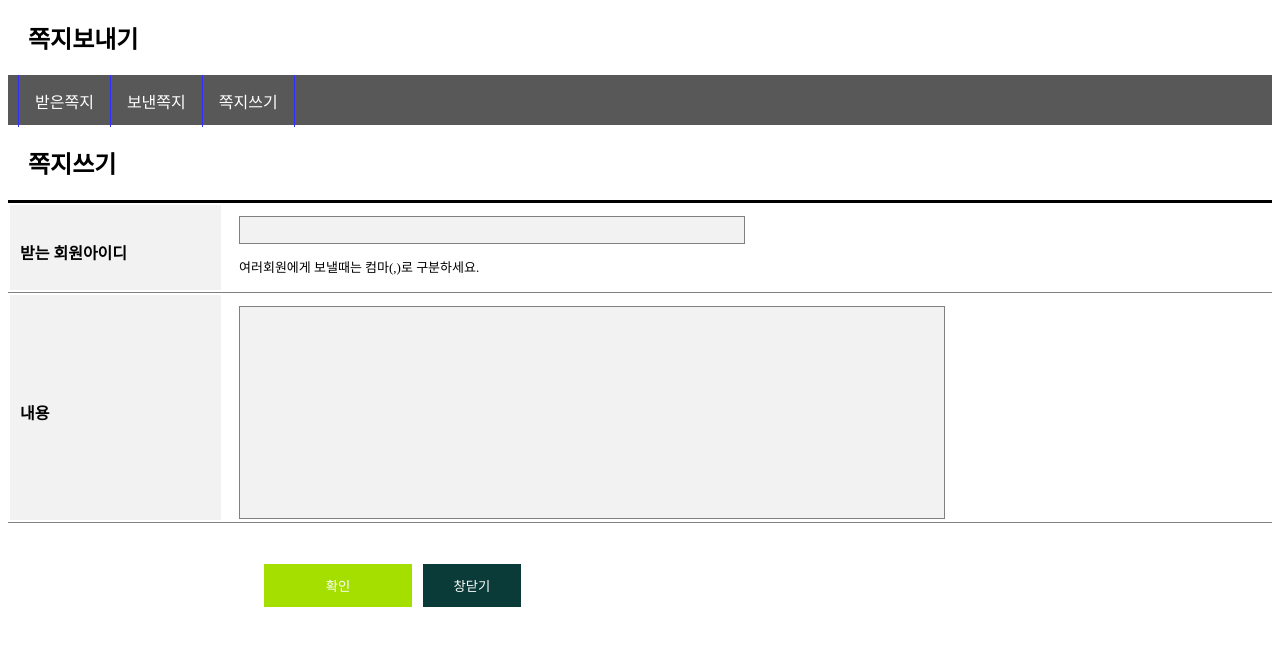
Repository: ks12b0000/JSP-School-Class
Page: chap10_JSP/src/main/webapp/Test/sendMessage.html
These files come from the project's save history. The page is drawn as it stood at one moment and after the next save; the edit follows.
The browser window is 1280 px wide. The pictures show the whole page.

Above is the page before, as saved 2022-06-04 11:54:29.

After the next save:
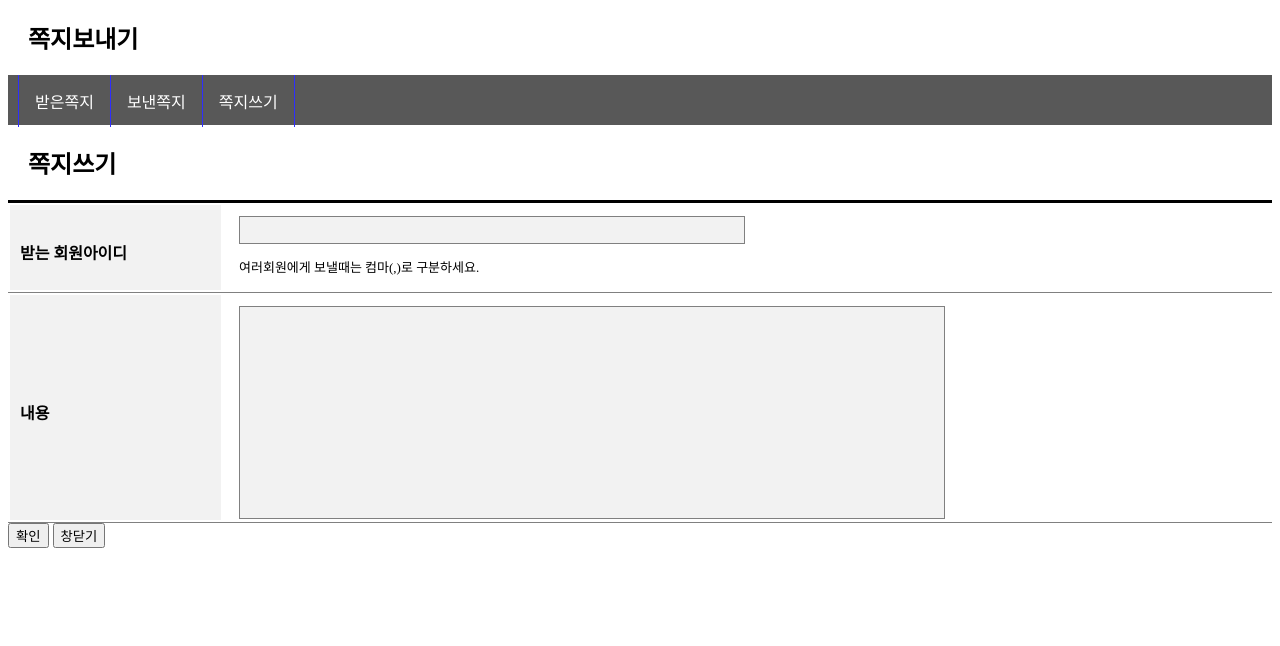
Saved 6 s later.
--- a/chap10_JSP/src/main/webapp/Test/sendMessage.html
+++ b/chap10_JSP/src/main/webapp/Test/sendMessage.html
@@ -28,9 +28,9 @@
 			<td><input type="text" /></td>
 		</tr>
 	</table>
-	<div class="button">
-		<a href="#"><input id="Confirm" type="button" value="확인" /></a>
-		<a href="messageBox.html"><input id="close" type="button" value="창닫기" /></a>
+	<div class="button12">
+		<a href="#"><input id="Confirm12" type="button" value="확인" /></a>
+		<a href="messageBox.html"><input id="close12" type="button" value="창닫기" /></a>
 	</div>
 </body>
 </html>

After the save that followed:
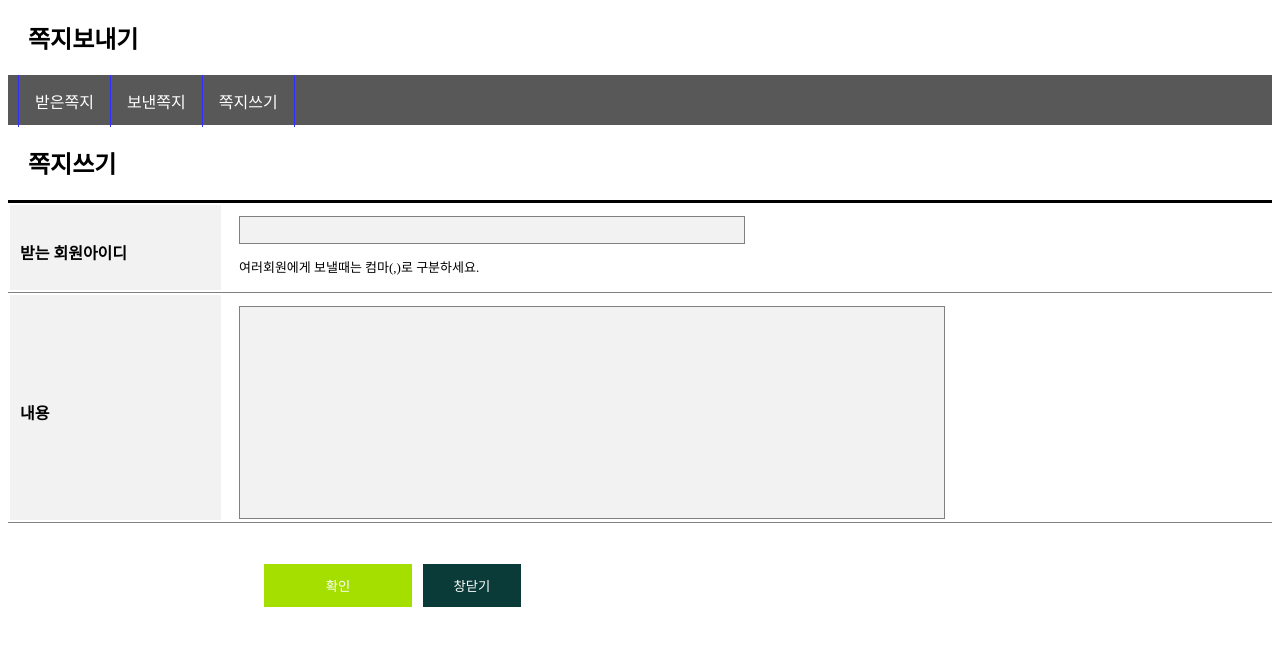
Saved 8 s later.
--- a/chap10_JSP/src/main/webapp/Test/loginWrite.css
+++ b/chap10_JSP/src/main/webapp/Test/loginWrite.css
@@ -282,3 +282,23 @@
 		height: 200px;
 		text-align: left;
 	}
+	.button12 {
+		margin-top: 40px;
+		margin-left: 250px;
+	}
+	.button12 #Confirm12 {
+		margin-left: 5px;
+		padding: 12px;
+		width: 150px;
+		border: 1px solid white;
+		background-color: #A5DF00;
+		color: white;
+	}
+	.button12 #close12 {
+		margin-left: 5px;
+		padding: 12px;
+		width: 100px;
+		border: 1px solid white;
+		background-color: #0B3B39;
+		color: white;
+	}
